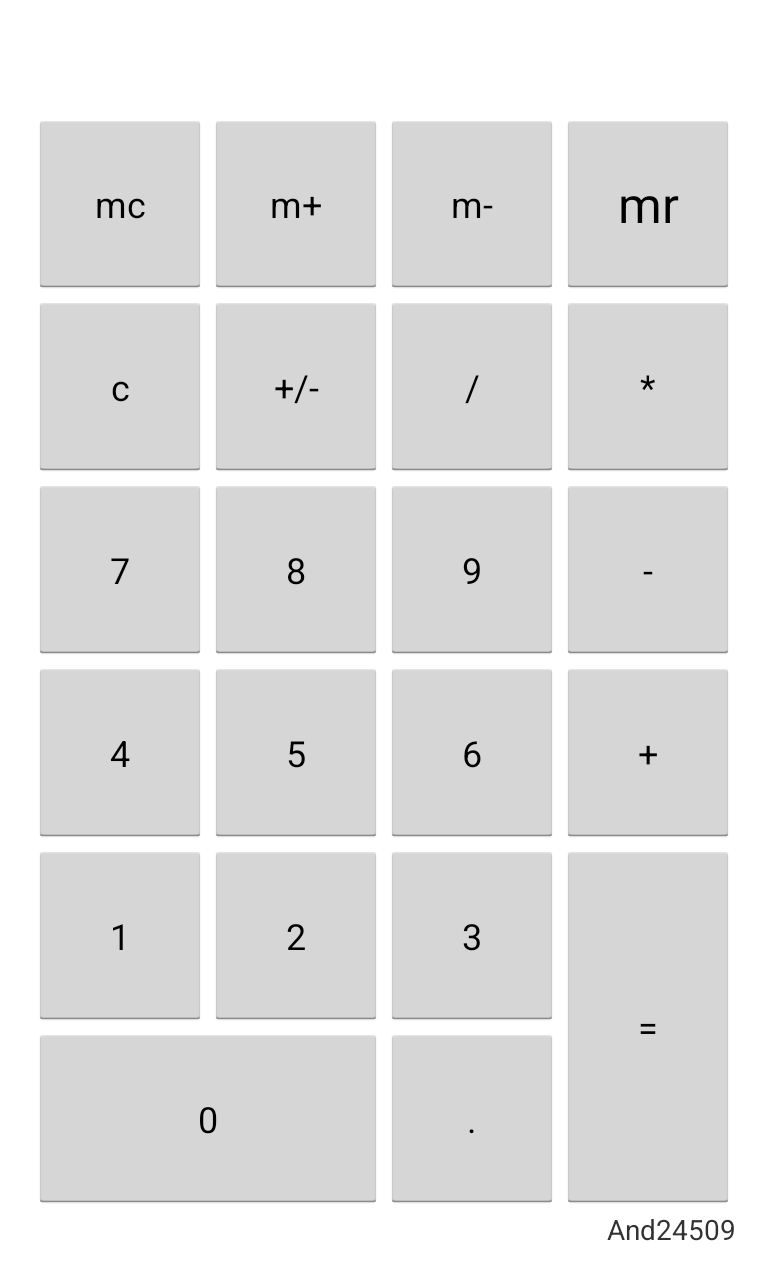
Repository: ericluo1123/myAndroidCode
Layout: myHomeWork/res/layout/activity_main.xml
These files come from the project's save history. The layout is drawn as it stood at one moment and after the next save; the edit follows.
It is drawn on a 768 x 1280 px phone screen (xhdpi) without system bars, with theme AppTheme; the app's code is not run.

Above is the layout before, as saved 2014-09-30 14:44:23.

### myHomeWork/res/layout/activity_main.xml
<RelativeLayout xmlns:android="http://schemas.android.com/apk/res/android"
    xmlns:tools="http://schemas.android.com/tools"
    android:id="@+id/RelativeLayout1"
    android:layout_width="match_parent"
    android:layout_height="match_parent"
    android:gravity="top"
    android:onClick="setText"
    android:orientation="vertical"
    android:padding="@dimen/activity_vertical_margin"
    android:paddingBottom="@dimen/activity_vertical_margin"
    android:paddingLeft="@dimen/activity_horizontal_margin"
    android:paddingRight="@dimen/activity_horizontal_margin"
    android:paddingTop="@dimen/activity_vertical_margin"
    tools:context="com.example.myhomework.MainActivity" >

    <TextView
        android:id="@+id/textView1"
        android:layout_width="wrap_content"
        android:layout_height="wrap_content"
        android:layout_alignParentBottom="true"
        android:layout_alignParentRight="true"
        android:text="And24509" />

    <LinearLayout
        android:id="@+id/linearLayout1"
        android:layout_width="match_parent"
        android:layout_height="wrap_content"
        android:layout_above="@+id/textView1"
        android:layout_below="@+id/textView2"
        android:orientation="vertical" >

        <LinearLayout
            android:layout_width="match_parent"
            android:layout_height="0dp"
            android:layout_weight="1" >

            <Button
                android:id="@+id/button1"
                android:layout_width="0dp"
                android:layout_height="match_parent"
                android:layout_weight="1"
                android:onClick="0"
                android:text="mc" />

            <Button
                android:id="@+id/button2"
                android:layout_width="0dp"
                android:layout_height="match_parent"
                android:layout_weight="1"
                android:onClick="0"
                android:text="m+" />

            <Button
                android:id="@+id/button3"
                android:layout_width="0dp"
                android:layout_height="match_parent"
                android:layout_weight="1"
                android:onClick="0"
                android:text="m-" />

            <Button
                android:id="@+id/button4"
                android:layout_width="0dp"
                android:layout_height="match_parent"
                android:layout_weight="1"
                android:onClick="0"
                android:text="mr"
                android:textSize="25sp" />

        </LinearLayout>

        <LinearLayout
            android:layout_width="match_parent"
            android:layout_height="0dp"
            android:layout_weight="1"
            android:orientation="horizontal" >

            <Button
                android:id="@+id/button5"
                android:layout_width="0dp"
                android:layout_height="match_parent"
                android:layout_weight="1"
                android:onClick="setText"
                android:text="c" />

            <Button
                android:id="@+id/button6"
                android:layout_width="0dp"
                android:layout_height="match_parent"
                android:layout_weight="1"
                android:text="+/-" />

            <Button
                android:id="@+id/button7"
                android:layout_width="0dp"
                android:layout_height="match_parent"
                android:layout_weight="1"
                android:onClick="setText"
                android:text="/" />

            <Button
                android:id="@+id/button8"
                android:layout_width="0dp"
                android:layout_height="match_parent"
                android:layout_weight="1"
                android:onClick="setText"
                android:text="*" />
        </LinearLayout>

        <LinearLayout
            android:layout_width="match_parent"
            android:layout_height="0dp"
            android:layout_weight="1" >

            <Button
                android:id="@+id/button9"
                android:layout_width="0dp"
                android:layout_height="match_parent"
                android:layout_weight="1"
                android:onClick="setText"
                android:text="7" />

            <Button
                android:id="@+id/button10"
                android:layout_width="0dp"
                android:layout_height="match_parent"
                android:layout_weight="1"
                android:onClick="setText"
                android:text="8" />

            <Button
                android:id="@+id/button11"
                android:layout_width="0dp"
                android:layout_height="match_parent"
                android:layout_weight="1"
                android:onClick="setText"
                android:text="9" />

            <Button
                android:id="@+id/button12"
                android:layout_width="0dp"
                android:layout_height="match_parent"
                android:layout_weight="1"
                android:onClick="setText"
                android:text="-" />
        </LinearLayout>

        <LinearLayout
            android:layout_width="match_parent"
            android:layout_height="0dp"
            android:layout_weight="1" >

            <Button
                android:id="@+id/button13"
                android:layout_width="0dp"
                android:layout_height="match_parent"
                android:layout_weight="1"
                android:onClick="setText"
                android:text="4" />

            <Button
                android:id="@+id/button14"
                android:layout_width="0dp"
                android:layout_height="match_parent"
                android:layout_weight="1"
                android:onClick="setText"
                android:text="5" />

            <Button
                android:id="@+id/button15"
                android:layout_width="0dp"
                android:layout_height="match_parent"
                android:layout_weight="1"
                android:onClick="setText"
                android:text="6" />

            <Button
                android:id="@+id/button16"
                android:layout_width="0dp"
                android:layout_height="match_parent"
                android:layout_weight="1"
                android:onClick="setText"
                android:text="+" />
        </LinearLayout>

        <LinearLayout
            android:layout_width="match_parent"
            android:layout_height="0dp"
            android:layout_weight="2"
            android:orientation="horizontal" >

            <LinearLayout
                android:layout_width="0dp"
                android:layout_height="match_parent"
                android:layout_weight="3"
                android:orientation="vertical" >

                <LinearLayout
                    android:layout_width="match_parent"
                    android:layout_height="0dp"
                    android:layout_weight="1" >

                    <Button
                        android:id="@+id/button18"
                        android:layout_width="0dp"
                        android:layout_height="match_parent"
                        android:layout_weight="1"
                        android:onClick="setText"
                        android:text="1" />

                    <Button
                        android:id="@+id/button20"
                        android:layout_width="0dp"
                        android:layout_height="match_parent"
                        android:layout_weight="1"
                        android:onClick="setText"
                        android:text="2" />

                    <Button
                        android:id="@+id/button21"
                        android:layout_width="0dp"
                        android:layout_height="match_parent"
                        android:layout_weight="1"
                        android:onClick="setText"
                        android:text="3" />
                </LinearLayout>

                <LinearLayout
                    android:layout_width="match_parent"
                    android:layout_height="0dp"
                    android:layout_weight="1" >

                    <LinearLayout
                        android:layout_width="0dp"
                        android:layout_height="match_parent"
                        android:layout_weight="2" >

                        <Button
                            android:id="@+id/button19"
                            android:layout_width="match_parent"
                            android:layout_height="match_parent"
                            android:onClick="setText"
                            android:text="0" />
                    </LinearLayout>

                    <LinearLayout
                        android:layout_width="0dp"
                        android:layout_height="match_parent"
                        android:layout_weight="1" >

                        <Button
                            android:id="@+id/button22"
                            android:layout_width="match_parent"
                            android:layout_height="match_parent"
                            android:onClick="setText"
                            android:text="." />
                    </LinearLayout>
                </LinearLayout>
            </LinearLayout>

            <LinearLayout
                android:layout_width="0dp"
                android:layout_height="match_parent"
                android:layout_weight="1"
                android:orientation="vertical" >

                <Button
                    android:id="@+id/button17"
                    android:layout_width="match_parent"
                    android:layout_height="match_parent"
                    android:onClick="setText"
                    android:text="=" />
            </LinearLayout>
        </LinearLayout>
    </LinearLayout>

    <TextView
        android:id="@+id/textView2"
        android:layout_width="match_parent"
        android:layout_height="wrap_content"
        android:background="#FFFFFF"
        android:gravity="right"
        android:textSize="30sp" />

</RelativeLayout>

Loaded but not shown: myHomeWork/res/values/styles.xml (common file); myHomeWork/res/values-v11/styles.xml (common file); myHomeWork/res/values-v14/styles.xml (common file); myHomeWork/res/values/dimens.xml (common file); myHomeWork/res/values-w820dp/dimens.xml (common file)

After the next save:
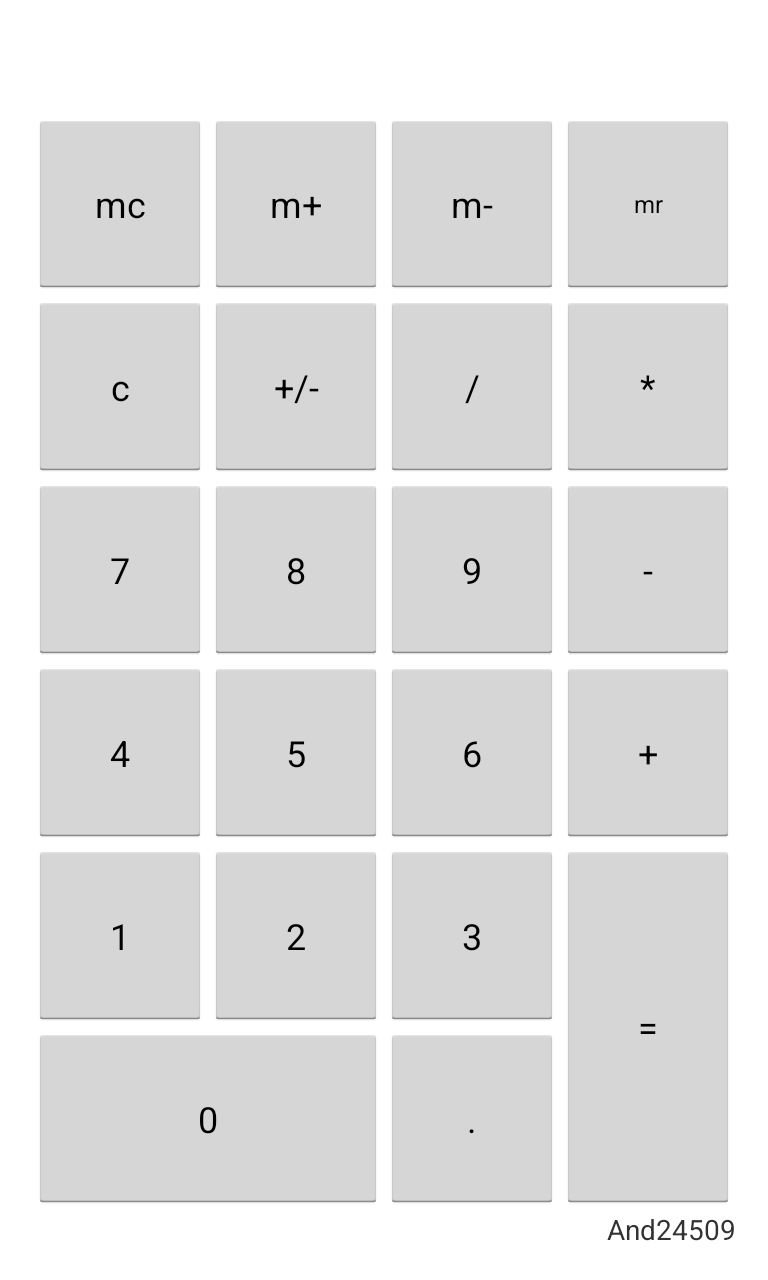
Saved 26 s later.
--- a/myHomeWork/res/layout/activity_main.xml
+++ b/myHomeWork/res/layout/activity_main.xml
@@ -65,7 +65,7 @@
                 android:layout_weight="1"
                 android:onClick="0"
                 android:text="mr"
-                android:textSize="25sp" />
+                android:textSize="12sp" />
 
         </LinearLayout>
 
